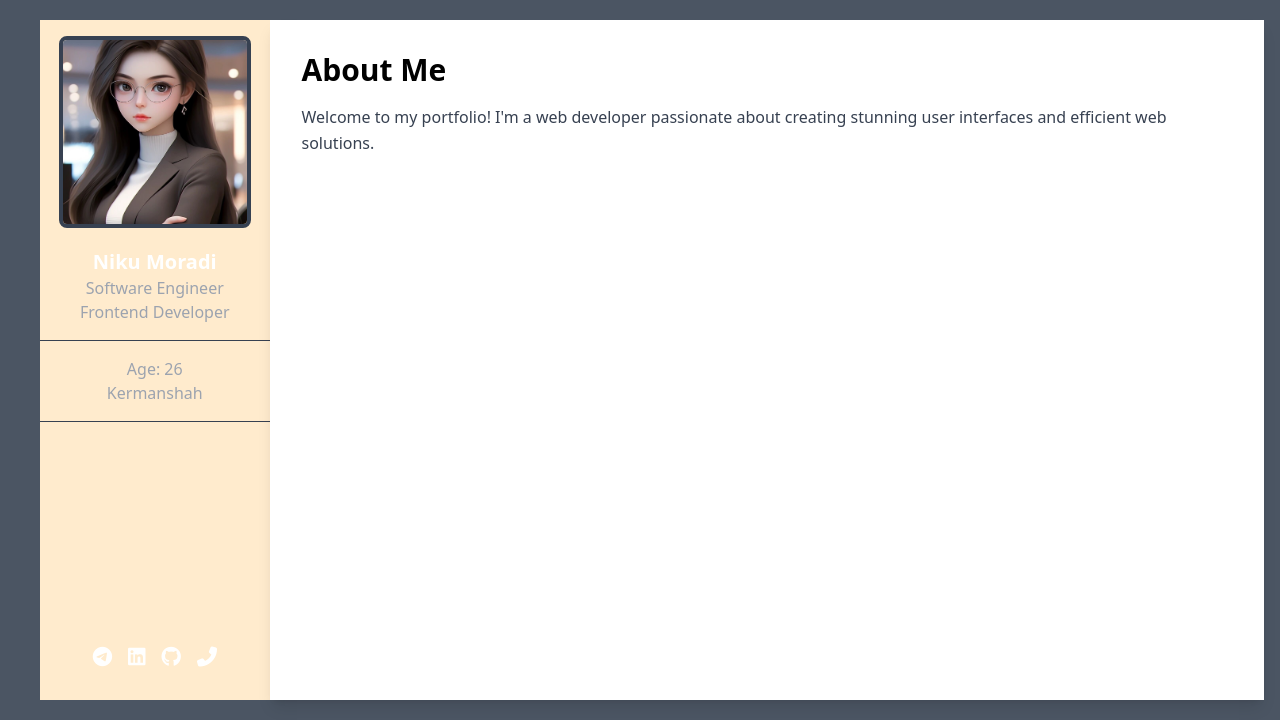
Repository: NikuMoradi/niku-moradi
Page: /
These files come from the project's save history. The page is drawn as it stood at one moment and after a run of saves; the edit follows.
The browser window is 1280 px wide. The pictures show the whole page.
The project was rebuilt for these pictures with package versions that can differ from the ones it lists, and the page was loaded fresh each time. The framework's server and built-in components were replaced by stand-ins that run in the browser. Also part of the build but not shown: nuxt.config.ts, components/Blog Posts/Component-Design.vue, components/Blog.vue, components/Contact.vue, components/Education.vue, components/Experience.vue, components/Hero.vue, components/Menu.vue and 3 more.

Above is the page before, as saved 2024-11-29 09:28:22.

### assets/css/main.css
@tailwind base;
@tailwind components;
@tailwind utilities;

body {
  /* From https://css.glass */
  background: #ffffff;
}

@layer utilities {
  .panel-bg {
    background-color: blanchedalmond;
  }
}

### components/LeftPanel.vue
<template>
  <div
    class="panel-bg text-white w-72 ml-6 flex flex-col"
    style="height: calc(100vh - 40px)"
  >
    <!-- Profile Picture -->
    <div
      class="p-4 flex flex-col items-center justify-center border-b border-gray-700"
    >
      <img
        src="../assets/img/photo_2024-11-28_10-37-05.jpg"
        alt="Profile Picture"
        class="w-48 h-48 mb-5 rounded-lg border-4 border-gray-700 object-cover object-center"
      />
      <h2 class="text-xl font-bold">Niku Moradi</h2>
      <p class="text-md text-gray-400">Software Engineer</p>
      <p class="text-md text-gray-400">Frontend Developer</p>
    </div>

    <!-- Biography -->
    <div class="p-4 text-center border-b border-gray-700">
      <p class="text-md text-gray-400">Age: 26</p>
      <p class="text-md text-gray-400">Kermanshah</p>
    </div>

    <!-- Social Links -->
    <div class="py-8 text-center mt-auto text-white">
      <div class="space-x-4">
        <a
          href="https://t.me/yourusername"
          target="_blank"
          class="text-white hover:text-blue-400"
        >
          <i class="fab fa-telegram fa-lg"></i>
        </a>
        <a
          href="https://linkedin.com/in/yourusername"
          target="_blank"
          class="text-white hover:text-blue-600"
        >
          <i class="fab fa-linkedin fa-lg"></i>
        </a>
        <a
          href="https://github.com/yourusername"
          target="_blank"
          class="text-white hover:text-gray-700"
        >
          <i class="fab fa-github fa-lg"></i>
        </a>
        <a href="tel:+1234567890" class="text-white hover:text-green-400">
          <i class="fas fa-phone-alt fa-lg"></i>
        </a>
      </div>
    </div>
  </div>
</template>

### layouts/default.vue
<template>
  <div class="flex justify-center items-center min-h-screen bg-gray-600 px-4">
    <LeftPanel />

    <!-- Fixed Width Centered Card -->
    <div
      class="bg-white shadow-lg w-full max-w-5xl overflow-hidden"
      style="height: calc(100vh - 40px)"
    >
      <!-- Scrollable Content -->
      <div class="overflow-y-auto h-full scrollbar-hide">
        <NuxtPage />
      </div>
    </div>
  </div>
</template>

<style>
/* Add any custom global styles here */
body {
  background: linear-gradient(to bottom, #f0f0f0, #d0d0d0);
}
</style>

### app.vue
<!-- The app.vue is just holding the layout container and serving as the root.
 The default.vue layout handles the overall structure of the page.
All content from your pages will automatically be placed inside the NuxtPage slot of the layout.-->
<template>
  <NuxtLayout />
</template>

### pages/index.vue
<template>
  <div class="p-8">
    <h1 class="text-3xl font-bold mb-4">About Me</h1>
    <p class="text-gray-700 leading-relaxed">
      Welcome to my portfolio! I'm a web developer passionate about creating
      stunning user interfaces and efficient web solutions.
    </p>
  </div>
</template>

### tailwind.config.js
/** @type {import('tailwindcss').Config} */
export default {
  content: [
    "./components/**/*.{js,vue,ts}",
    "./layouts/**/*.vue",
    "./pages/**/*.vue",
    "./plugins/**/*.{js,ts}",
    "./app.vue",
    "./error.vue",
  ],
  theme: {
    extend: {},
  },
  plugins: [require("tailwind-scrollbar-hide")],
};

Loaded but not shown: plugins/aos.client.js (no copy from this time; the picture is the same without it)

After the next 2 saves:
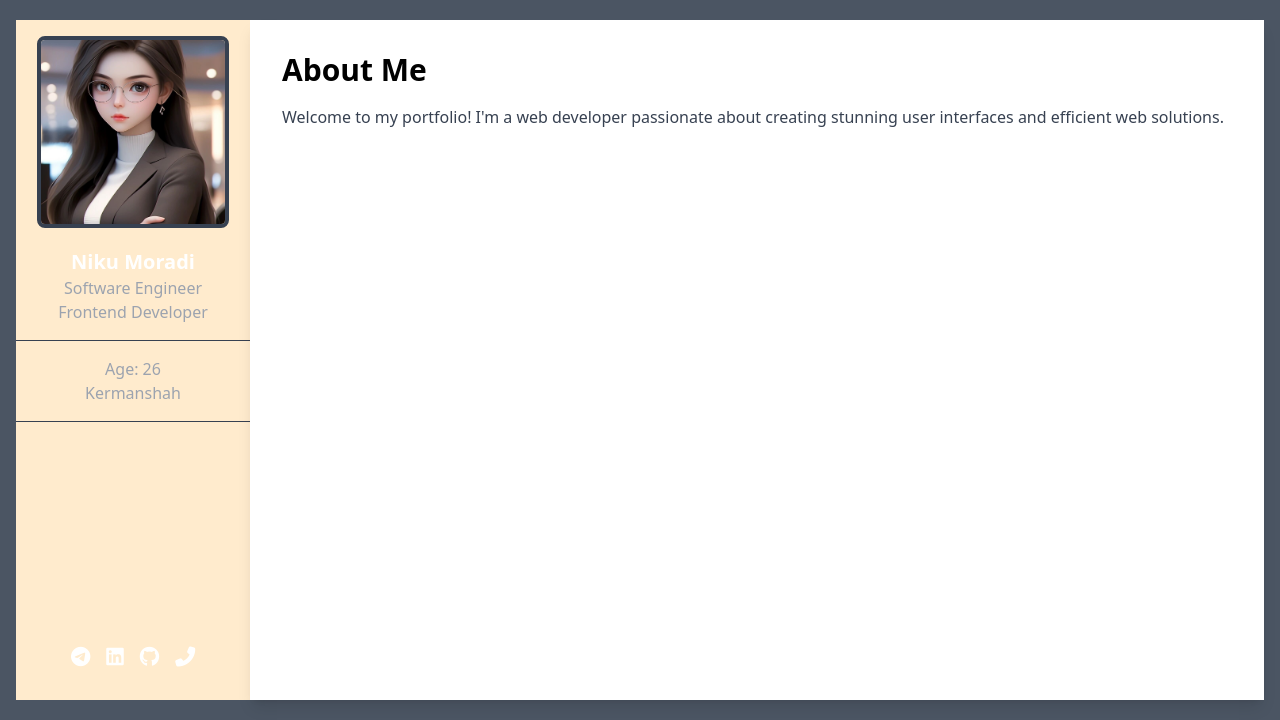
The 2 saves are shown as one change because they came seconds apart.
The last was saved 7 s later.
--- a/components/LeftPanel.vue
+++ b/components/LeftPanel.vue
@@ -1,6 +1,6 @@
 <template>
   <div
-    class="panel-bg text-white w-72 ml-6 flex flex-col"
+    class="panel-bg text-white w-72 flex flex-col"
     style="height: calc(100vh - 40px)"
   >
     <!-- Profile Picture -->
